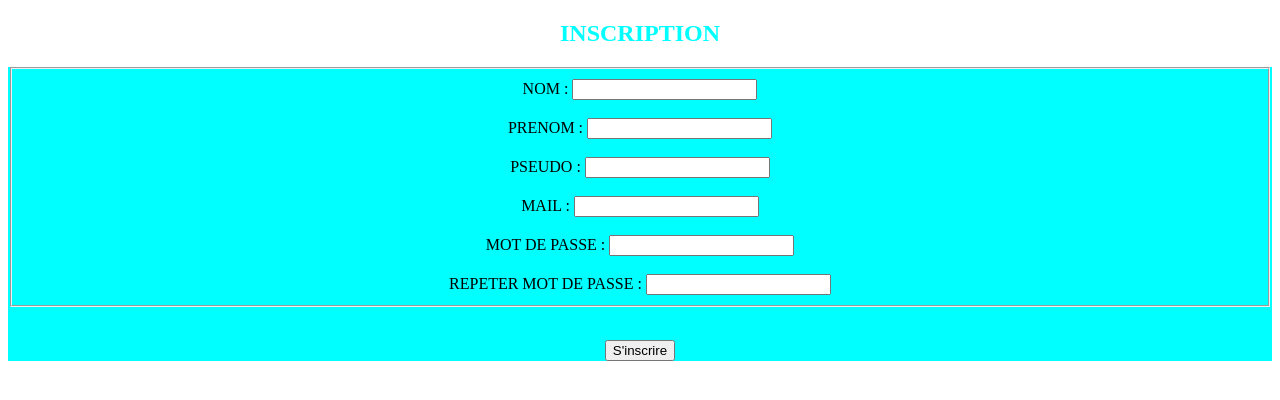
Repository: Aoua1414/JavaDeAoua
Page: http://localhost/MonServletJsp/Inscrire.jsp
An editor plug-in stored every save of this project. The page is shown before and after the next save, followed by the edit.
The browser window is 1280 px wide. The pictures show the whole page.
The page is served by Tomcat 9. Nobody is signed in. The application's start-up code is not run. Other server files are loaded and not shown.

Above is the page before, as saved 2022-07-25 14:35:45.

### ODC/MonServletJsp/src/main/webapp/Inscrire.jsp
<%@ page language="java" contentType="text/html; charset=UTF-8"
    pageEncoding="UTF-8"%>
<!DOCTYPE html>
<html>
<head>
<link rel="stylesheet" href="aoua.css" type="text/css">
<meta charset="UTF-8">
<title>Inscription</title>
</head>
<body>
<h2>INSCRIPTION</h2>

    <form method="post"  action = "Accueil">
    <fieldset>
     <div>
    <label for= "nom" > NOM :</label>
    <input type="text" id= "nom" name="nom"/>
    </div>
    <div>
    <br>
     <label for= "prenom" > PRENOM :</label>
    <input type="text" />
    </div>

    <div>
    <br>
     <label for= "pseudo" > PSEUDO :</label>
    <input type="text" />
    </div>

    <div>
    <br>
     <label for= "mail" > MAIL :</label>
    <input type="text" />
    </div>

    <div>
    <br>
     <label for= "pass" > MOT DE PASSE :</label>
    <input type="text" />
    </div>

    <div>
    <br>
     <label for= "repeter" > REPETER MOT DE PASSE :</label>
    <input type="text" />
    </div>
    </fieldset>
    <br>
    <button type="submit">S'inscrire</button>



    </form>

<p>

</p>
</body>
</html>

### ODC/MonServletJsp/src/main/webapp/aoua.css

h2{
	color:#00ffff;
	text-align : center;

}
form {

	text-align : center;
	background-color:#00ffff;

}
fieldset {
  margin-bottom: 15px;
  padding: 10px;
}

After the next save:
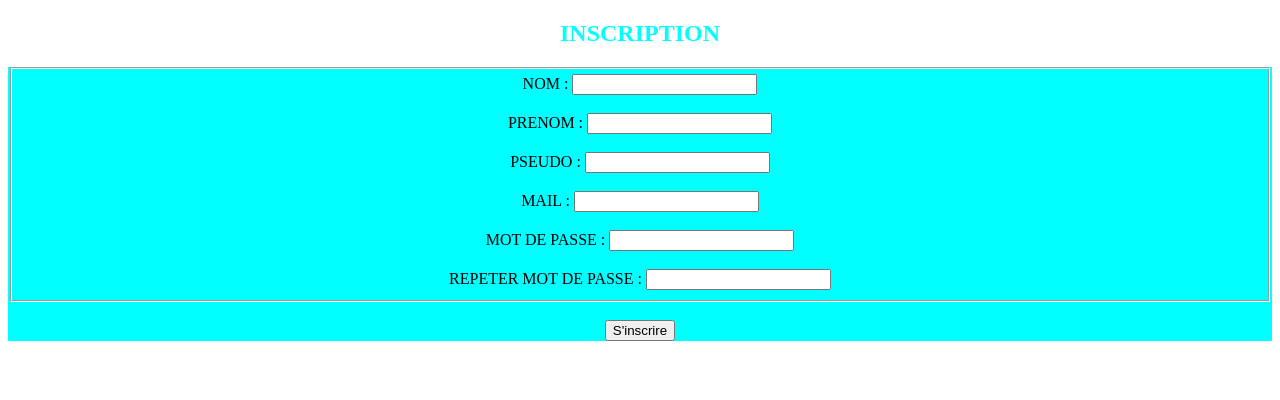
Saved 9 s later.
--- a/ODC/MonServletJsp/src/main/webapp/aoua.css
+++ b/ODC/MonServletJsp/src/main/webapp/aoua.css
@@ -10,7 +10,3 @@ form {
 	background-color:#00ffff;
 
 }
-fieldset {
-  margin-bottom: 15px;
-  padding: 10px;
-}
